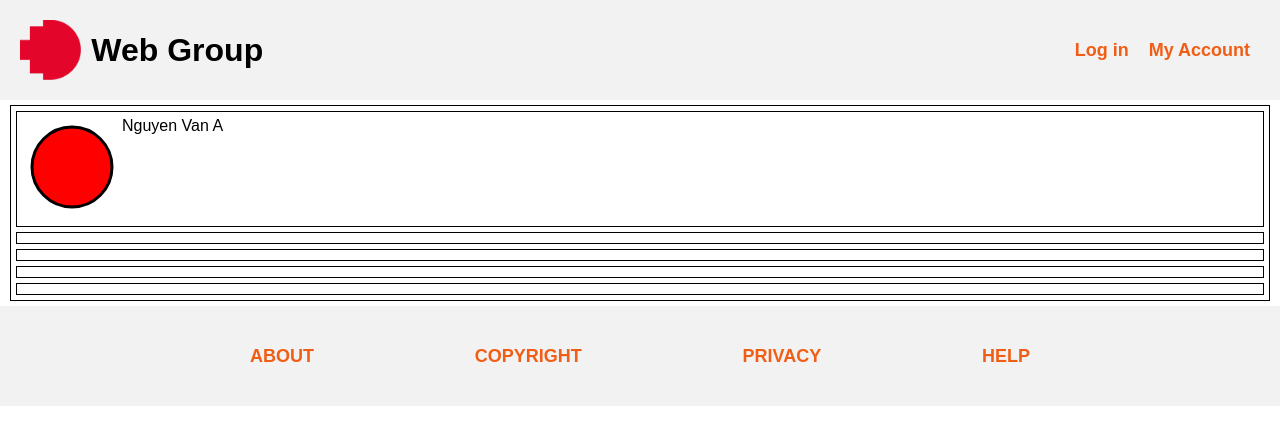
Repository: quynguyn/shoopingweb
Page: shipper.html
These files come from the project's save history. The page is drawn as it stood at one moment and after a run of saves; the edit follows.
The browser window is 1280 px wide. The pictures show the whole page.

Above is the page before, as saved 2023-05-04 14:56:50.

### shipper.html
<!DOCTYPE html>
<html lang="en">

<head>
	<meta charset="UTF-8">
	<meta http-equiv="X-UA-Compatible" content="IE=edge">
	<meta name="viewport" content="width=device-width, initial-scale=1.0">
	<title>Shipper</title>
	<link rel="stylesheet" href="Asset/CSS/style.css">
	<link rel="stylesheet" href="Asset/CSS/shipper.css">
</head>

<body>
	<!-- Header of the page -->
	<header>
		<div class="logo">
			<img src="logo.png" alt="Web Group Logo">
			<h1>Web Group</h1>
		</div>
		<nav>
			<ul>
				<li><a href="#">Log in</a></li>
				<li><a href="#">My Account</a></li>
			</ul>
		</nav>
	</header>
	<div class="main-container">
		<div class="orders-container">
			<div class="order">
				<div class="activity">
					<svg height="100" width="100">
						<circle cx="50" cy="50" r="40" stroke="black" stroke-width="3" fill="red" />
					</svg>
				</div>

				<div class="information-container">
					<p class="name">Nguyen Van A</p>
				</div>
			</div>
			<div class="order">

			</div>
			<div class="order">

			</div>
			<div class="order">

			</div>
			<div class="order">

			</div>
		</div>
	</div>
	<!-- Footer of the page -->
	<footer>
		<div class="footer-links">
			<a href="#">About</a>
			<a href="#">Copyright</a>
			<a href="#">Privacy</a>
			<a href="#">Help</a>
		</div>
	</footer>

</body>

</html>

### Asset/CSS/style.css
/* Reset CSS */
:root {
    --main-color: #F58216;
    --primary-color: #ffb347;
    --secondary-color: #f05e16;
    --white-color: #f2f2f2;
    /* change the name */
}

/* Reset CSS  */
* {
    padding: 0;
    margin: 0;
    box-sizing: border-box;
    text-decoration: none;
    font-family: Arial, Helvetica, sans-serif;
}

/* Header CSS */
header {
    height: 100px;
    background-color:var(--white-color);
    display: flex;
    justify-content: space-between;
    align-items: center;
    padding: 0 20px;
  }

  .logo {
    display: flex;
    align-items: center;
  }

  .logo img {
    height: 60px;
    margin-right: 10px;
  }

  nav ul {
    display: flex;
    list-style: none;
    margin: 0;
    padding: 0;


  }

  nav ul li {
    margin: 0 10px;
  }

  nav ul li a {
    text-decoration: none;
    font-size: 18px;
    font-weight: bold;
    color: var(--secondary-color);
  }

  /* Footer css */
  footer {
    height: 100px;
    background-color: var(--white-color);
    display: flex;
    justify-content: center;
    align-items: center;
    color: var(--white-color);
  }

  footer div {
    display: flex;
    justify-content: space-between;
    width: 80%;
    max-width: 800px;
  }

  footer div a {
    color: var(--secondary-color);
    text-decoration: none;
    margin: 0 10px;
    text-transform: uppercase;
    font-weight: bold;
    font-size: large;
  }

### Asset/CSS/shipper.css
.main-container {
	margin: 5px;
}

.orders-container {
	margin: 5px;
	border: 1px solid black;
}

.order {
	margin: 5px;
	border: 1px solid black;
	padding: 5px;
	display: flex;
	flex-direction: row;
}

After the next 5 saves:
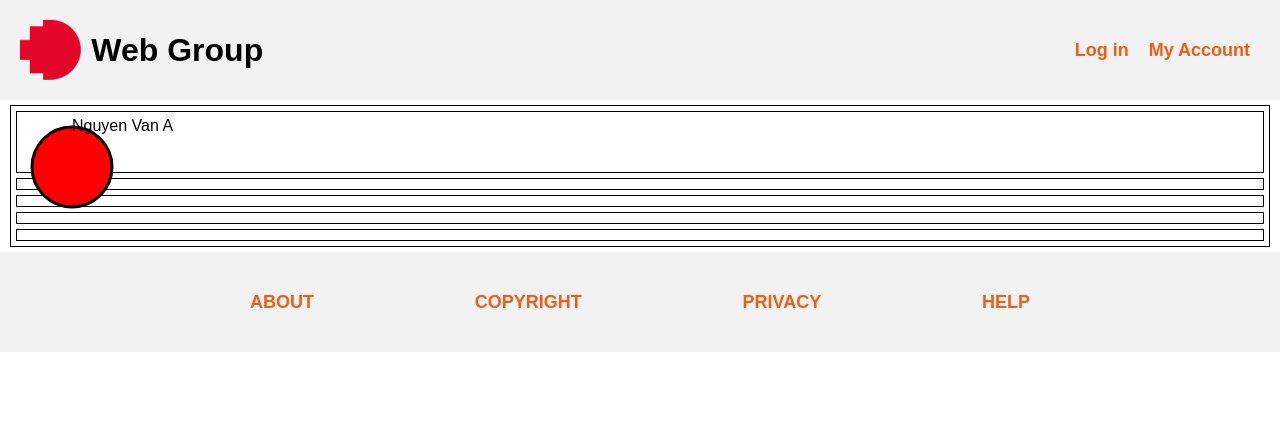
The 5 saves are shown as one change because they came seconds apart.
The last was saved 24 s later.
--- a/Asset/CSS/shipper.css
+++ b/Asset/CSS/shipper.css
@@ -14,3 +14,8 @@
 	display: flex;
 	flex-direction: row;
 }
+
+.activity {
+	width: 50px;
+	height: 50px;
+}
